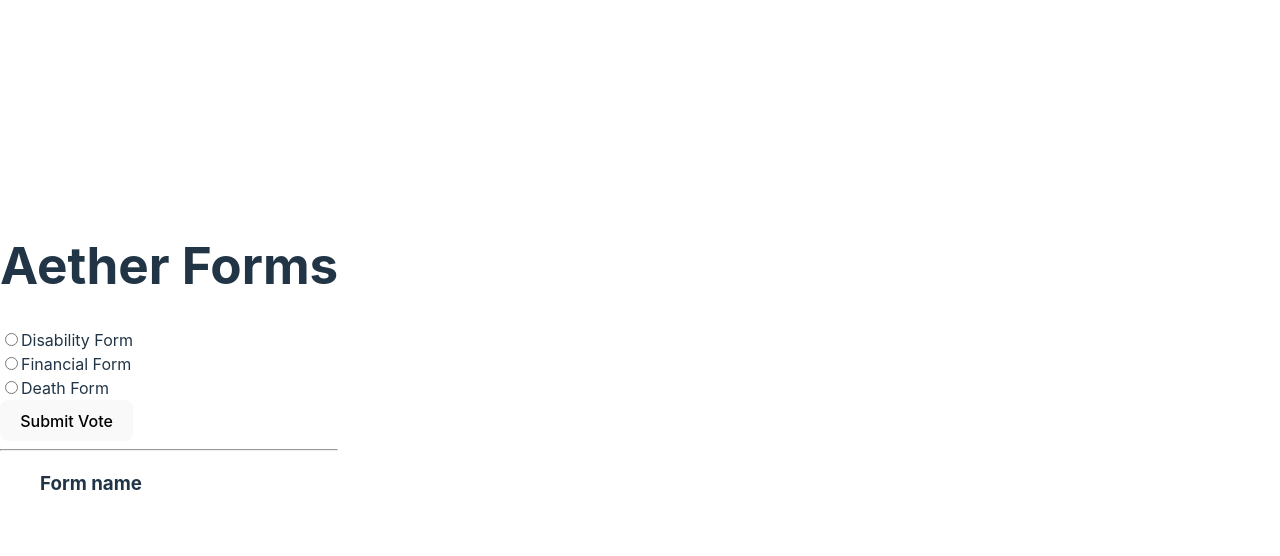
Repository: Jennica1/Aether-Top-Forms
Page: / (app in form-leaderboard-frontend/)
These files come from the project's save history. The page is drawn as it stood at one moment and after the next save; the edit follows.
The browser window is 1280 px wide. The pictures show the whole page.
The project was rebuilt for these pictures with package versions that can differ from the ones it lists, and the page was loaded fresh each time. Also part of the build but not shown: form-leaderboard-frontend/vite.config.js.

Above is the page before, as saved 2024-11-26 12:23:27.

### form-leaderboard-frontend/src/App.jsx
import React from "react";
import VotingForm from "./components/VotingForm";
import Leaderboard from "./components/Leaderboard";

function App() {
  return (
    <div>
      <h1>Aether Forms</h1>
      <VotingForm />
      <hr />
      <Leaderboard />
    </div>
  );
}

export default App;

### form-leaderboard-frontend/src/components/VotingForm.jsx
import React, { useState } from "react";
import axios from "axios";

const VotingForm = () => {
  const [formType, setFormType] = useState("");

  const handleVote = async (e) => {
    e.preventDefault();

    if (!formType) {
      alert("Please select a form!");
      return;
    }

    try {
      await axios.post("https://aether-top-forms-leaderboard.onrender.com/api/votes", { formType });

      alert("Vote submitted!");
    } catch (error) {
      console.error("Error submitting vote:", error);
    }
  };

  return (
    <form onSubmit={handleVote}>
      <label>
        <input
          type="radio"
          name="form"
          value="Disability Form"
          onChange={(e) => setFormType(e.target.value)}
        />
        Disability Form
      </label>
      <br />
      <label>
        <input
          type="radio"
          name="form"
          value="Financial Form"
          onChange={(e) => setFormType(e.target.value)}
        />
        Financial Form
      </label>
      <br />
      <label>
        <input
          type="radio"
          name="form"
          value="Death Form"
          onChange={(e) => setFormType(e.target.value)}
        />
        Death Form
      </label>
      <br />
      <button type="submit">Submit Vote</button>
    </form>
  );
};

export default VotingForm;

### form-leaderboard-frontend/src/components/Leaderboard.jsx
import React, { useState } from "react";
import axios from "axios";

const Leaderboard = () => {
  // const [leaderboard, setLeaderboard] = useState([]);

  // const fetchLeaderboard = async () => {
  //   try {
  //     const { data } = await axios.get("https://aether-top-forms-leaderboard.onrender.com/api/votes/leaderboard");

  //     setLeaderboard(data);
  //   } catch (error) {
  //     console.error("Error fetching leaderboard:", error);
  //   }
  // };

  return (
    <div>
      {/* <button onClick={fetchLeaderboard}>View Leaderboard</button> */}
      <ul>
        {/* {leaderboard.map((entry) => (
          <li key={entry._id}>
            {entry._id}: {entry.count} votes
          </li>
        ))} */}
        <h3 >
          Form name

        </h3>

      </ul>
    </div>
  );
};

export default Leaderboard;

Loaded but not shown: form-leaderboard-frontend/index.html (common file); form-leaderboard-frontend/src/main.jsx (common file); form-leaderboard-frontend/src/index.css (common file)

After the next save:
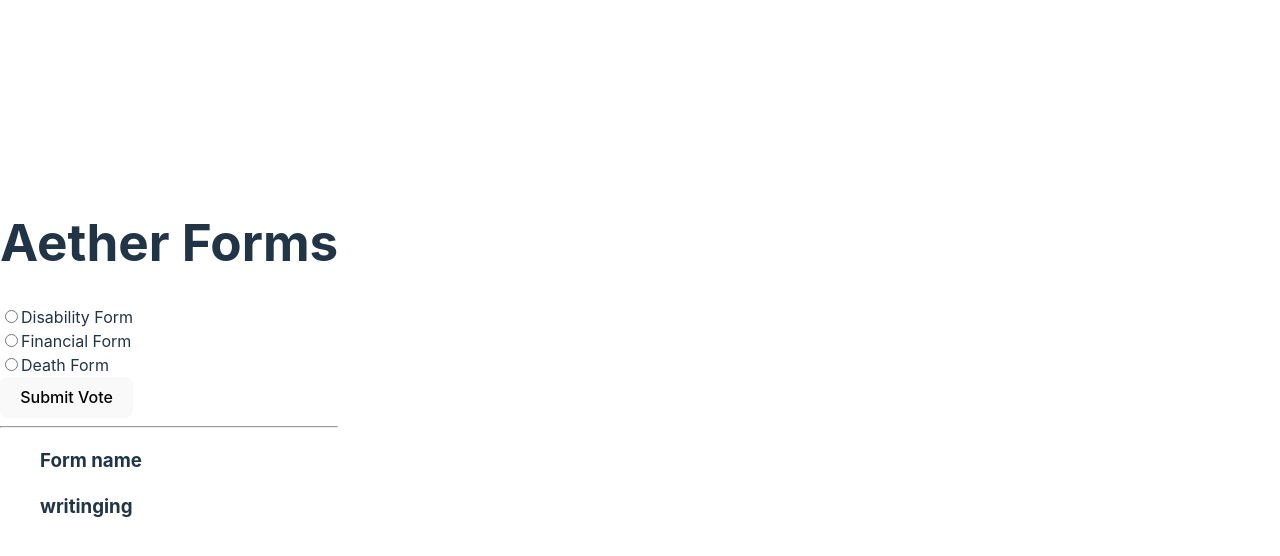
Saved 13 s later.
--- a/form-leaderboard-frontend/src/components/Leaderboard.jsx
+++ b/form-leaderboard-frontend/src/components/Leaderboard.jsx
@@ -25,7 +25,7 @@ const Leaderboard = () => {
         ))} */}
         <h3 >
           Form name
-
+          <p>writinging</p>
         </h3>
 
       </ul>
